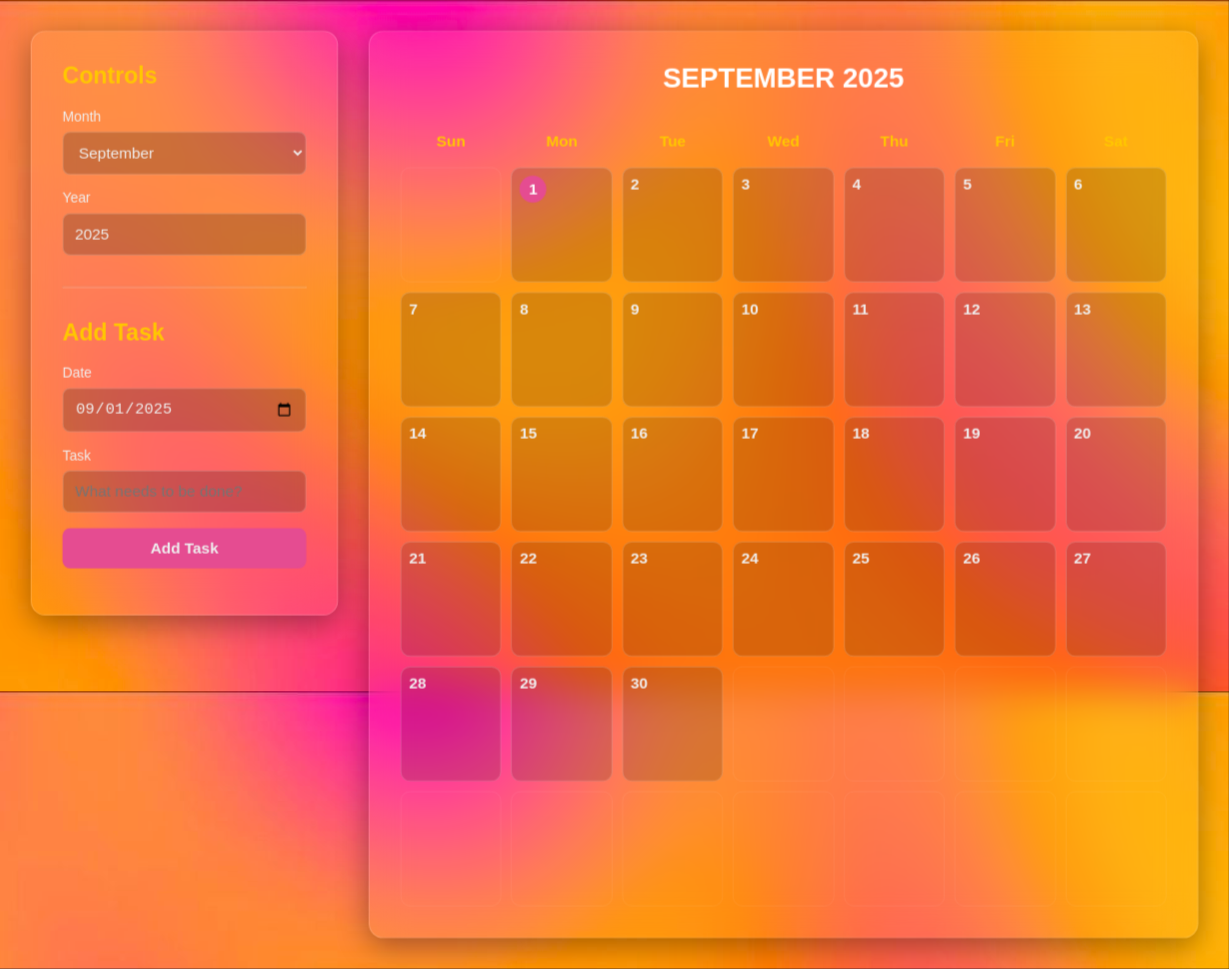
Repository: TanujaNair03/ToDo
Page: static/index.html
These files come from the project's save history. The page is drawn as it stood at one moment and after the next save; the edit follows.
The browser window is 1280 px wide. The pictures show the whole page, at 96% of full size.
The page's requests for data from a server got no answer. Backgrounds fixed to the window are drawn as part of the page.

Above is the page before, as saved 2025-09-01 15:52:20.

### static/index.html
<!DOCTYPE html>
<html lang="en">
<head>
    <meta charset="UTF-8">
    <meta name="viewport" content="width=device-width, initial-scale=1.0">
    <title>Aesthetic Calendar</title>
    <style>
        :root {
            --glass-bg: rgba(255, 255, 255, 0.05);
            --glass-border: rgba(255, 255, 255, 0.2);
            --text-color: #f0f0f0;
            /* Accent colors updated to match the new pink/yellow theme */
            --accent-primary: #e54c91; /* Pink */
            --accent-secondary: #ffc800; /* Yellow */
        }
        * {
            box-sizing: border-box;
        }

        /* NEW: Static, centered, pink-to-yellow radial gradient */
        body {
            font-family: 'Poppins', sans-serif;
            color: var(--text-color);
            margin: 0;
            padding: 2rem;
            min-height: 100vh;
            background-color: #1a1a2e; /* Fallback color */
            background-image: url('./static/aura.jpg'); /* Path to your image */
            background-repeat: no-repeat;
            background-attachment: fixed; /* Keeps the image fixed while scrolling */
            background-size: cover; /* Ensures the image covers the entire viewport */
            background-position: center; /* Centers the image */
        }

        #app {
            display: flex;
            gap: 2rem;
            width: 100%;
            max-width: 1300px;
            margin: 0 auto;
            align-items: flex-start;
        }

        .glass-pane {
            background: var(--glass-bg);
            backdrop-filter: blur(20px);
            -webkit-backdrop-filter: blur(20px);
            border: 1px solid var(--glass-border);
            box-shadow: 0 8px 32px 0 rgba(0, 0, 0, 0.37);
            border-radius: 15px;
            padding: 2rem;
        }

        .sidebar {
            width: 320px;
            height: fit-content;
            flex-shrink: 0;
        }
        .sidebar h2 { margin-top: 0; color: var(--accent-secondary); }
        .form-group { margin-bottom: 1rem; }
        .form-group label { display: block; margin-bottom: 0.5rem; font-size: 0.9rem; }
        .form-group input, .form-group select, .form-group button {
            width: 100%; padding: 0.75rem; border: 1px solid var(--glass-border);
            border-radius: 8px; background: rgba(0,0,0,0.2);
            color: var(--text-color); font-size: 1rem;
        }
        .form-group button {
            background: var(--accent-primary); cursor: pointer; font-weight: bold;
            transition: background 0.2s ease; border: none;
        }
        .form-group button:hover { background: var(--accent-secondary); color: #1a1a2e; }

        .calendar-container {
            flex-grow: 1;
        }
        .calendar-header { display: flex; justify-content: center; align-items: center; }
        .calendar-header h1 {
            font-size: 1.8rem;
            font-weight: bold;
            color: #ffffff; /* Change the color to white */
            margin: 0;
            text-transform: uppercase; /* Converts the text to uppercase */
        }
        .calendar-grid { display: grid; grid-template-columns: repeat(7, 1fr); gap: 10px; width: 100%; margin-top: 2rem; }
        .day-header { text-align: center; font-weight: bold; color: var(--accent-secondary); padding: 0.5rem 0; }
        .day-cell {
            min-height: 120px; padding: 8px;
            background: rgba(0, 0, 0, 0.15);
            border: 1px solid var(--glass-border);
            border-radius: 10px;
            transition: transform 0.2s ease, background 0.2s ease;
            display: flex; flex-direction: column;
        }
        .day-cell:hover { transform: translateY(-5px); background: rgba(255, 255, 255, 0.1); }
        .day-cell.other-month { background: transparent; opacity: 0.4; }
        .day-number { font-weight: bold; margin-bottom: 8px; }
        .day-number.today {
            background-color: var(--accent-primary); color: white;
            border-radius: 50%; width: 28px; height: 28px;
            display: flex; align-items: center; justify-content: center;
        }
        .task-list { list-style: none; padding: 0; font-size: 0.85rem; }
        .task-item { display: flex; align-items: center; margin-bottom: 4px; gap: 6px; }
        .task-item input[type="checkbox"] { flex-shrink: 0; }
        .task-item span.done { text-decoration: line-through; opacity: 0.6; }
        .task-item span { flex-grow: 1; word-break: break-word; }
        .edit-input { width: 100%; background: #444; color: white; border: 1px solid var(--accent-primary); border-radius: 4px; padding: 2px; }
        .task-actions { cursor: pointer; margin-left: auto; display: flex; gap: 5px; }
    </style>
</head>
<body>

<div id="app">
    <div class="sidebar glass-pane">
        <h2>Controls</h2>
        <div class="form-group">
            <label for="month">Month</label>
            <select id="month" v-model="selectedMonth">
                <option v-for="(month, index) in months" :value="index + 1">{{ month }}</option>
            </select>
        </div>
        <div class="form-group">
            <label for="year">Year</label>
            <input type="number" id="year" v-model="selectedYear">
        </div>

        <hr style="border-color: rgba(255,255,255,0.2); margin: 2rem 0;">

        <h2>Add Task</h2>
        <form @submit.prevent="addTask">
            <div class="form-group">
                <label for="taskDate">Date</label>
                <input type="date" id="taskDate" v-model="newTask.date" required>
            </div>
            <div class="form-group">
                <label for="taskDesc">Task</label>
                <input type="text" id="taskDesc" v-model="newTask.task" placeholder="What needs to be done?" required>
            </div>
            <div class="form-group">
                <button type="submit">Add Task</button>
            </div>
        </form>
    </div>

    <div class="calendar-container glass-pane">
        <div class="calendar-header">
            <h1>{{ monthName }} {{ selectedYear }}</h1>
        </div>
        <div class="calendar-grid">
            <div class="day-header" v-for="day in dayNames">{{ day }}</div>
            <div v-for="day in calendarDays" class="day-cell" :class="{'other-month': !day.isCurrentMonth}">
                <div v-if="day.date">
                    <div class="day-number" :class="{'today': day.isToday}">{{ day.date.getDate() }}</div>
                    <ul class="task-list">
                        <li v-for="(task, index) in day.tasks" class="task-item">
                            <template v-if="editingDate === day.dateStr && editingIndex === index">
                                <input type="text" v-model="editingText" @keyup.enter="saveEdit" @keyup.esc="cancelEditing" class="edit-input" v-focus>
                                <div class="task-actions">
                                    <span @click="saveEdit">✔️</span>
                                    <span @click="cancelEditing">❌</span>
                                </div>
                            </template>
                            <template v-else>
                                <input type="checkbox" :checked="task.done" @change="updateTaskStatus(day.dateStr, index, $event.target.checked)">
                                <span :class="{'done': task.done}">{{ task.task }}</span>
                                <div class="task-actions">
                                    <span @click="startEditing(day.dateStr, index, task.task)">✏️</span>
                                    <span @click="deleteTask(day.dateStr, index)">🗑️</span>
                                </div>
                            </template>
                        </li>
                    </ul>
                </div>
            </div>
        </div>
    </div>
</div>

<script src="https://unpkg.com/vue@3/dist/vue.global.js"></script>
<script>
    const { createApp, ref, computed, onMounted } = Vue;
    const focusDirective = { mounted(el) { el.focus(); } };

    createApp({
        directives: { focus: focusDirective },
        setup() {
            const today = new Date();
            const selectedMonth = ref(today.getMonth() + 1);
            const selectedYear = ref(today.getFullYear());
            const tasks = ref({});
            const newTask = ref({ date: today.toISOString().split('T')[0], task: '' });
            const editingDate = ref(null);
            const editingIndex = ref(null);
            const editingText = ref('');
            const months = ["January", "February", "March", "April", "May", "June", "July", "August", "September", "October", "November", "December"];
            const dayNames = ["Sun", "Mon", "Tue", "Wed", "Thu", "Fri", "Sat"];
            const API_URL = 'http://127.0.0.1:5000/api';

            const monthName = computed(() => months[selectedMonth.value - 1]);
            const calendarDays = computed(() => {
                const year = selectedYear.value;
                const month = selectedMonth.value - 1;
                const firstDayOfMonth = new Date(year, month, 1).getDay();
                const daysInMonth = new Date(year, month + 1, 0).getDate();
                const daysArray = [];
                let dayCounter = 1;
                for (let i = 0; i < 42; i++) {
                    if (i >= firstDayOfMonth && dayCounter <= daysInMonth) {
                        const dateObj = new Date(year, month, dayCounter);
                        const y = dateObj.getFullYear();
                        const m = String(dateObj.getMonth() + 1).padStart(2, '0');
                        const d = String(dateObj.getDate()).padStart(2, '0');
                        const dateStr = `${y}-${m}-${d}`;
                        daysArray.push({
                            date: dateObj,
                            dateStr: dateStr,
                            isCurrentMonth: true,
                            isToday: dateStr === today.toISOString().split('T')[0],
                            tasks: tasks.value[dateStr] || []
                        });
                        dayCounter++;
                    } else {
                        daysArray.push({ date: null, isCurrentMonth: false, tasks: [] });
                    }
                }
                return daysArray;
            });

            const fetchTasks = async () => {
                const response = await fetch(`${API_URL}/tasks`);
                tasks.value = await response.json();
            };

            const addTask = async () => {
                await fetch(`${API_URL}/tasks`, {
                    method: 'POST',
                    headers: { 'Content-Type': 'application/json' },
                    body: JSON.stringify(newTask.value)
                });
                newTask.value.task = '';
                fetchTasks();
            };

            const updateTaskStatus = async (dateStr, taskIndex, isDone) => {
                await fetch(`${API_URL}/tasks/update`, {
                    method: 'PUT',
                    headers: { 'Content-Type': 'application/json' },
                    body: JSON.stringify({ date: dateStr, taskIndex: taskIndex, done: isDone })
                });
                fetchTasks();
            };

            const startEditing = (dateStr, index, currentText) => {
                editingDate.value = dateStr;
                editingIndex.value = index;
                editingText.value = currentText;
            };

            const cancelEditing = () => {
                editingDate.value = null;
                editingIndex.value = null;
                editingText.value = '';
            };

            const saveEdit = async () => {
                if (!editingText.value.trim()) return;
                await fetch(`${API_URL}/tasks/edit`, {
                    method: 'PUT',
                    headers: { 'Content-Type': 'application/json' },
                    body: JSON.stringify({
                        date: editingDate.value,
                        taskIndex: editingIndex.value,
                        newTaskText: editingText.value
                    })
                });
                cancelEditing();
                fetchTasks();
            };

            const deleteTask = async (dateStr, taskIndex) => {
                if (window.confirm("Are you sure you want to delete this task?")) {
                    await fetch(`${API_URL}/tasks/${dateStr}/${taskIndex}`, { method: 'DELETE' });
                    fetchTasks();
                }
            };

            onMounted(fetchTasks);

            return {
                selectedMonth,
                selectedYear,
                months,
                dayNames,
                monthName,
                calendarDays,
                newTask,
                addTask,
                updateTaskStatus,
                editingDate,
                editingIndex,
                editingText,
                startEditing,
                cancelEditing,
                saveEdit,
                deleteTask,
            };
        }
    }).mount('#app');
</script>
</body>
</html>

After the next save:
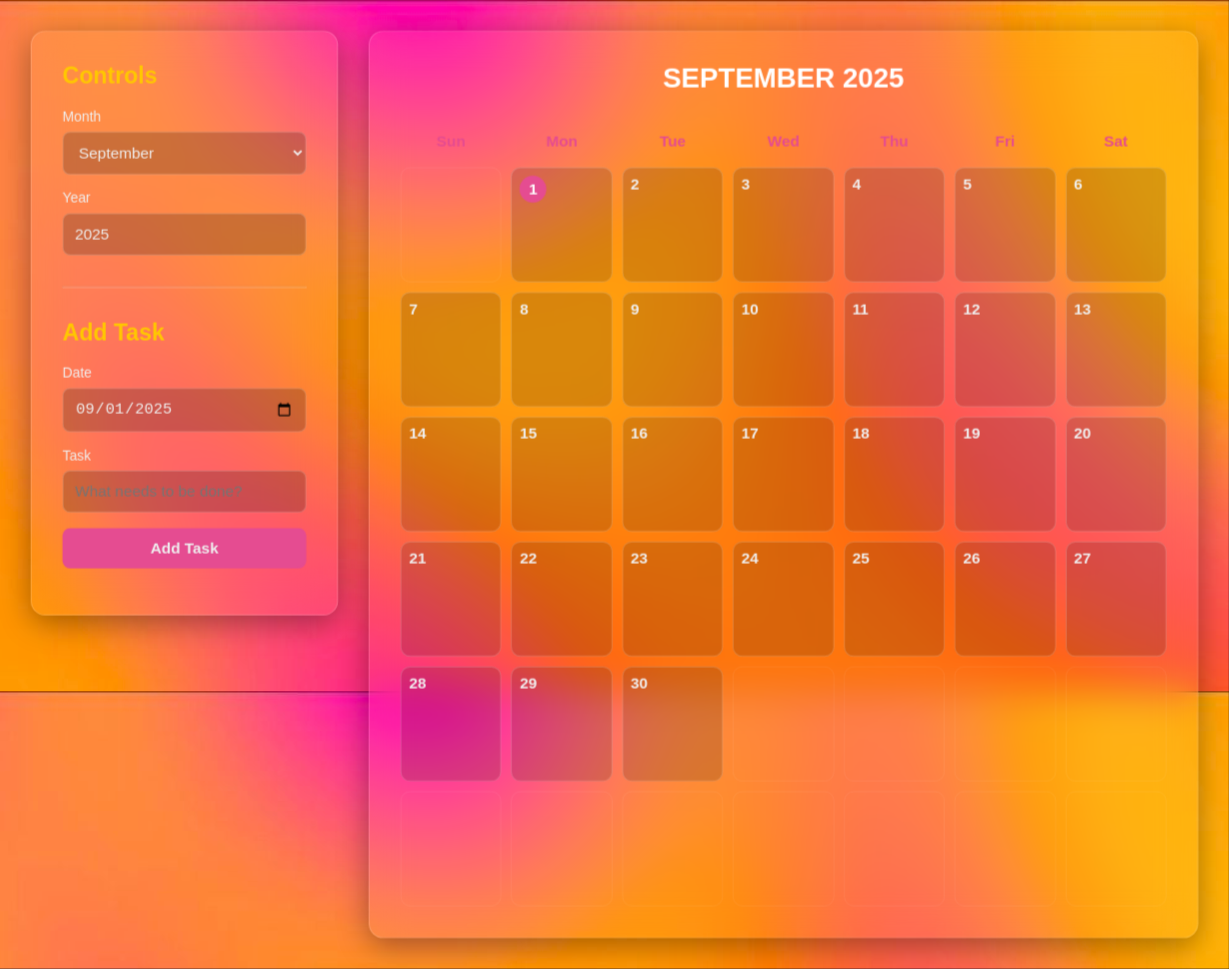
Saved 38 s later.
--- a/static/index.html
+++ b/static/index.html
@@ -82,7 +82,7 @@
             text-transform: uppercase; /* Converts the text to uppercase */
         }
         .calendar-grid { display: grid; grid-template-columns: repeat(7, 1fr); gap: 10px; width: 100%; margin-top: 2rem; }
-        .day-header { text-align: center; font-weight: bold; color: var(--accent-secondary); padding: 0.5rem 0; }
+        .day-header { text-align: center; font-weight: bold; color: var(--accent-primary); padding: 0.5rem 0; }
         .day-cell {
             min-height: 120px; padding: 8px;
             background: rgba(0, 0, 0, 0.15);
